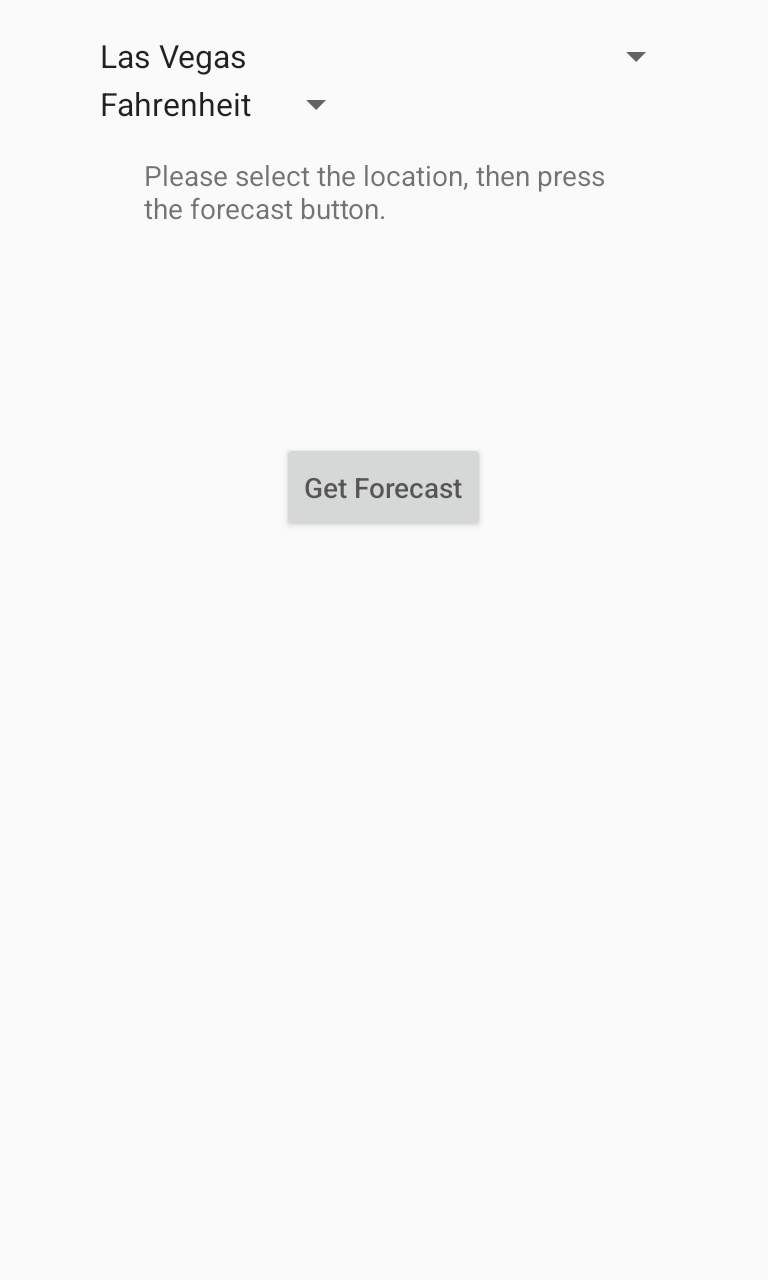
Repository: g80349/Java1
Layout: Week2/Weather/res/layout/activity_main.xml
These files come from the project's save history. The layout is drawn as it stood at one moment and after the next save; the edit follows.
It is drawn on a 768 x 1280 px phone screen (xhdpi) without system bars, with theme AppTheme; the app's code is not run.

Above is the layout before, as saved 2014-04-16 00:18:38.

After the next save:
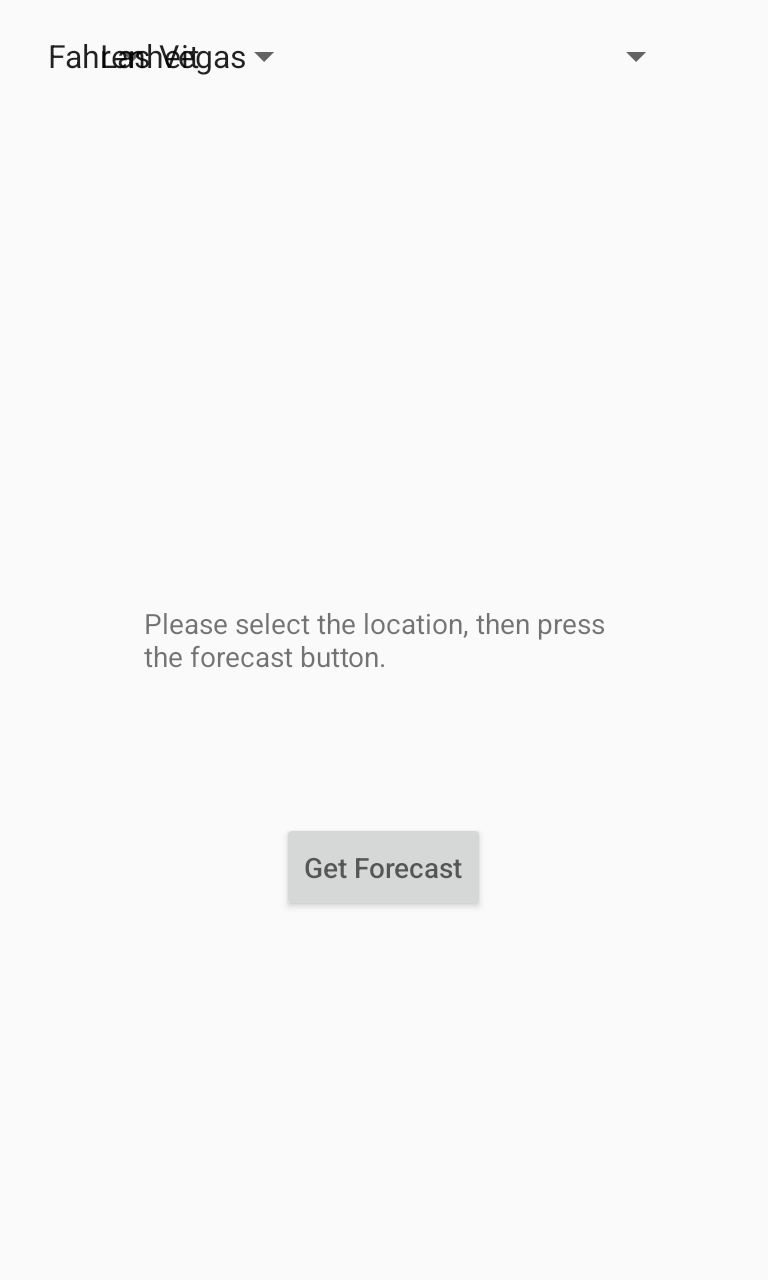
Saved 13 min 32 s later.
--- a/Week2/Weather/res/layout/activity_main.xml
+++ b/Week2/Weather/res/layout/activity_main.xml
@@ -17,21 +17,19 @@
         android:entries="@array/location_array" />
 
     <Spinner
+        android:id="@+id/state"
+        android:layout_width="wrap_content"
+        android:layout_height="wrap_content"
+        android:layout_alignLeft="@+id/location"
+        android:layout_below="@+id/state_array" />
+
+    <Spinner
         android:id="@+id/measurement"
         android:layout_width="wrap_content"
         android:layout_height="wrap_content"
-        android:layout_alignLeft="@+id/location"
-        android:layout_below="@+id/location"
+        android:layout_alignLeft="@+id/spinner1"
+        android:layout_below="@+id/spinner1"
         android:entries="@array/measurement_array" />
-
-    <TextView
-        android:id="@+id/forecast"
-        android:layout_width="240dp"
-        android:layout_height="wrap_content"
-        android:layout_below="@+id/measurement"
-        android:layout_centerHorizontal="true"
-        android:layout_marginTop="14dp"
-        android:text="@string/forecast_text" />
 
     <Button
         android:id="@+id/enter"
@@ -39,8 +37,17 @@
         android:layout_height="wrap_content"
         android:layout_below="@+id/forecast"
         android:layout_centerHorizontal="true"
-        android:layout_marginTop="106dp"
+        android:layout_marginTop="72dp"
         android:hint="@string/enter_button"
         android:onClick="onClick" />
 
+    <TextView
+        android:id="@+id/forecast"
+        android:layout_width="240dp"
+        android:layout_height="wrap_content"
+        android:layout_centerHorizontal="true"
+        android:layout_centerVertical="true"
+        android:text="@string/forecast_text" />
+
+
 </RelativeLayout>
